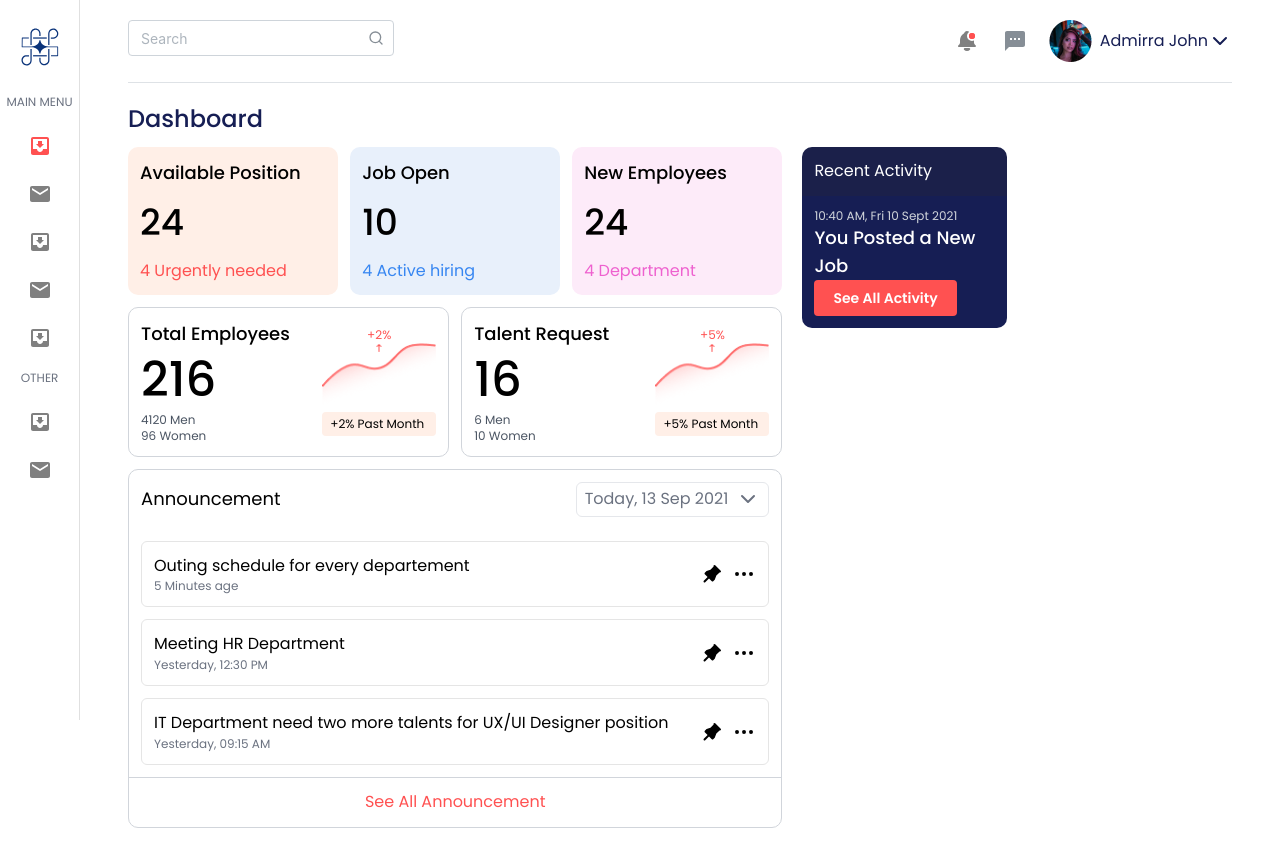
Repository: SatyaDewangan05/sample-dashboard
Page: /
An editor plug-in stored every save of this project. The page is shown before and after the next save, followed by the edit.
The browser window is 1280 px wide. The pictures show the whole page.
The project was rebuilt for these pictures with package versions that can differ from the ones it lists, and the page was loaded fresh each time. The framework's server and built-in components were replaced by stand-ins that run in the browser. Also part of the build but not shown: next.config.mjs.

Above is the page before, as saved 2024-09-22 01:07:06.

After the next save:
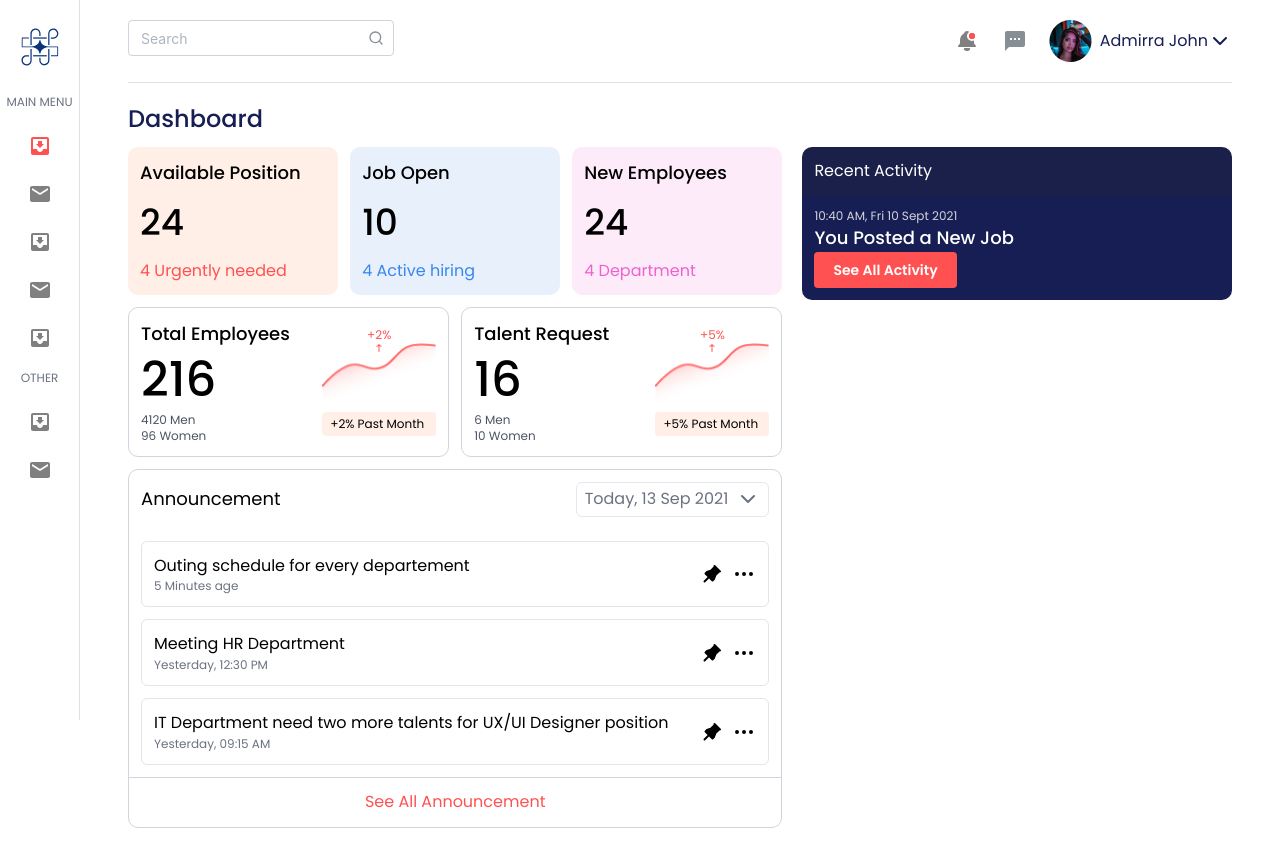
Saved 29 s later.
--- a/src/app/page.jsx
+++ b/src/app/page.jsx
@@ -143,7 +143,7 @@ export default function Home() {
                 </div>
               </div>
             </div>
-            <div>
+            <div className="col-span-2 flex flex-col gap-3">
               <div className="rounded-[10px] overflow-hidden text-white">
                 <p className="p-3 bg-[#1B204A]">Recent Activity</p>
                 <div className="p-3 bg-[#161E54]">
